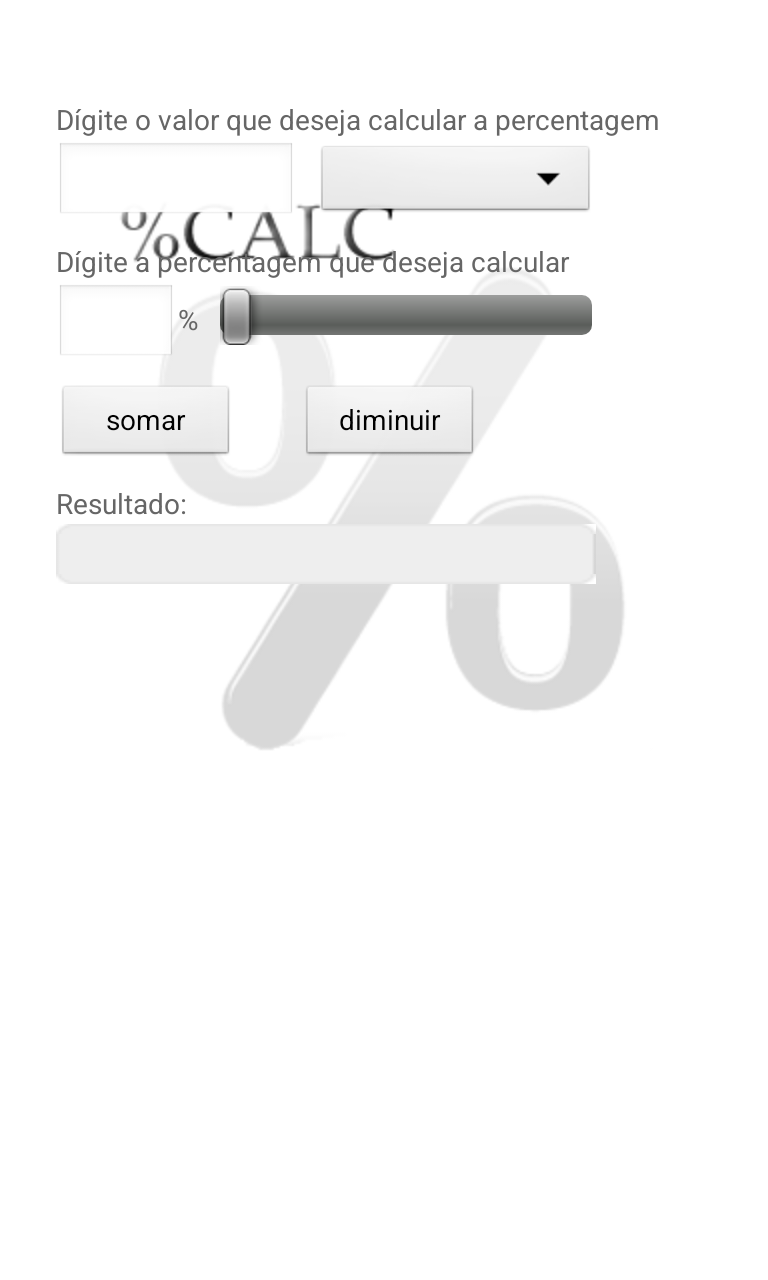
Repository: leoclaro/percentcalc
Layout: CalcularPercentagem/res/layout/main.xml
An editor plug-in stored every save of this project. The layout is shown before and after the next save, followed by the edit.
It is drawn on a 768 x 1280 px phone screen (xhdpi) without system bars, with theme android:Theme; the app's code is not run.

Above is the layout before, as saved 2012-05-10 14:26:24.

### CalcularPercentagem/res/layout/main.xml
<?xml version="1.0" encoding="utf-8"?>
<RelativeLayout xmlns:android="http://schemas.android.com/apk/res/android"
    android:layout_width="fill_parent"
    android:layout_height="fill_parent"
    android:background="@android:color/white" >

    <ImageView
        android:id="@+id/imageViewBG"
        android:layout_width="500dp"
        android:layout_height="500dp"
        android:scaleType="centerInside"
        android:layout_marginTop="5dp"
        android:contentDescription="@string/image_bg"
        android:src="@drawable/bg" />

    <ScrollView
        android:id="@+id/scrollView1"
        android:layout_width="wrap_content"
        android:layout_height="wrap_content"
        android:layout_marginTop="50dp"
        android:layout_marginBottom="10dp" >

        <RelativeLayout xmlns:android="http://schemas.android.com/apk/res/android"
		    android:layout_width="fill_parent"
		    android:layout_height="wrap_content" >

		    <TextView
		        android:id="@+id/textViewValor"
		        android:layout_width="fill_parent"
		        android:layout_height="wrap_content"
		        android:layout_alignParentLeft="true"
		        android:layout_alignParentTop="true"
		        android:layout_marginLeft="28dp"
		        android:text="@string/label_valor"
		        android:textColor="#ff666666" />

		    <EditText
		        android:id="@+id/editTextValor"
		        android:layout_width="120dp"
		        android:layout_height="40dp"
		        android:layout_alignLeft="@+id/textViewValor"
		        android:layout_below="@+id/textViewValor"
		        android:layout_marginTop="2dp"
		        android:ems="10"
		        android:inputType="numberDecimal" />

		    <Spinner
		        android:id="@+id/spinnerParcelas"
		        android:layout_width="140dp"
		        android:layout_height="40dp"
		        android:layout_below="@+id/textViewValor"
		        android:layout_marginLeft="158dp"
		        android:layout_marginTop="2dp"
		        android:prompt="@array/spinner_parcelas" />

		    <TextView
		        android:id="@+id/textViewPercentagem"
		        android:layout_width="fill_parent"
		        android:layout_height="wrap_content"
		        android:layout_alignLeft="@+id/textViewValor"
		        android:layout_below="@+id/editTextValor"
		        android:layout_marginTop="10dp"
		        android:text="@string/label_percentagem"
		        android:textColor="#ff666666" />

		    <EditText
		        android:id="@+id/editTextPercentagem"
		        android:layout_width="60dp"
		        android:layout_height="40dp"
		        android:layout_alignLeft="@+id/textViewValor"
		        android:layout_below="@+id/textViewPercentagem"
		        android:layout_marginTop="2dp"
		        android:ems="6"
		        android:inputType="numberDecimal" />

		    <TextView
		        android:id="@+id/textViewPercentagemSinal"
		        android:layout_width="fill_parent"
		        android:layout_height="wrap_content"
		        android:layout_below="@+id/textViewPercentagem"
		        android:layout_marginLeft="89dp"
		        android:layout_marginTop="10dp"
		        android:text="@string/label_percentagem_sinal"
		        android:textColor="#ff666666" />

		    <SeekBar
		        android:id="@+id/seekBarPercentagem"
		        android:layout_width="186dp"
		        android:layout_height="wrap_content"
		        android:layout_below="@+id/textViewPercentagem"
		        android:layout_marginLeft="110dp"
		        android:layout_marginTop="3dp"
		        android:max="1000" />

		    <Button
		        android:id="@+id/buttonSomar"
		        android:layout_width="90dp"
		        android:layout_height="40dp"
		        android:layout_alignLeft="@+id/textViewValor"
		        android:layout_below="@+id/editTextPercentagem"
		        android:layout_marginTop="10dp"
		        android:text="@string/button_somar" />

		    <Button
		        android:id="@+id/buttonDiminuir"
		        android:layout_width="90dp"
		        android:layout_height="40dp"
		        android:layout_below="@+id/editTextPercentagem"
		        android:layout_marginLeft="150dp"
		        android:layout_marginTop="10dp"
		        android:text="@string/button_diminuir" />

		    <TextView
	            android:id="@+id/textViewLabelResultado"
	            android:layout_width="fill_parent"
	            android:layout_height="wrap_content"
	            android:layout_alignLeft="@+id/textViewValor"
	            android:layout_marginTop="10dp"
	            android:layout_below="@+id/buttonSomar"
	            android:text="@string/label_resultado"
	            android:textColor="#ff666666" />

		    <RelativeLayout
		        android:id="@+id/relativeLayoutBgResultadoTop"
		        android:layout_width="270dp"
		        android:layout_height="5dp"
		        android:layout_below="@+id/textViewLabelResultado"
		        android:layout_marginTop="1dp"
		        android:layout_alignLeft="@+id/textViewValor"
		        android:background="@drawable/bg_resultado_top">
			</RelativeLayout>

		    <RelativeLayout
		        android:id="@+id/relativeLayoutBgResultado"
		        android:layout_width="270dp"
		        android:layout_height="wrap_content"
		        android:layout_alignLeft="@+id/textViewValor"
		        android:layout_below="@+id/relativeLayoutBgResultadoTop"
		        android:background="@drawable/bg_resultado" >

		        <TextView
		            android:id="@+id/textViewResultado"
		            android:layout_width="fill_parent"
		            android:layout_height="wrap_content"
		            android:layout_marginLeft="12dp"
		            android:layout_marginTop="1dp"
		            android:textColor="#ff666666" />

		    </RelativeLayout>

		    <RelativeLayout
		        android:id="@+id/relativeLayoutBgResultadoBottom"
		        android:layout_width="270dp"
		        android:layout_height="5dp"
		        android:layout_below="@+id/relativeLayoutBgResultado"
		        android:layout_alignLeft="@+id/textViewValor"
		        android:background="@drawable/bg_resultado_bottom">
			</RelativeLayout>

        </RelativeLayout>
    </ScrollView>

</RelativeLayout>

### CalcularPercentagem/res/values/strings.xml
<?xml version="1.0" encoding="utf-8"?>
<resources>

    <string name="label_valor">Dígite o valor que deseja calcular a percentagem</string>
    <string name="app_name">Calcular Percentagem</string>
    <string name="label_percentagem">Dígite a percentagem que deseja calcular</string>
    <string name="label_percentagem_sinal">%</string>
    <string name="label_sobre">sobre</string>
    <string name="button_somar">somar</string>
    <string name="button_diminuir">diminuir</string>
    <string name="image_bg">fundo</string>
    <string name="label_resultado">Resultado: </string>
    <string-array name="spinner_parcelas">
        <item>meses</item>
        <item>1</item>
        <item>2</item>
        <item>3</item>
        <item>4</item>
        <item>5</item>
        <item>6</item>
        <item>7</item>
        <item>8</item>
        <item>9</item>
        <item>10</item>
        <item>11</item>
        <item>12</item>
    </string-array>

</resources>

After the next save:
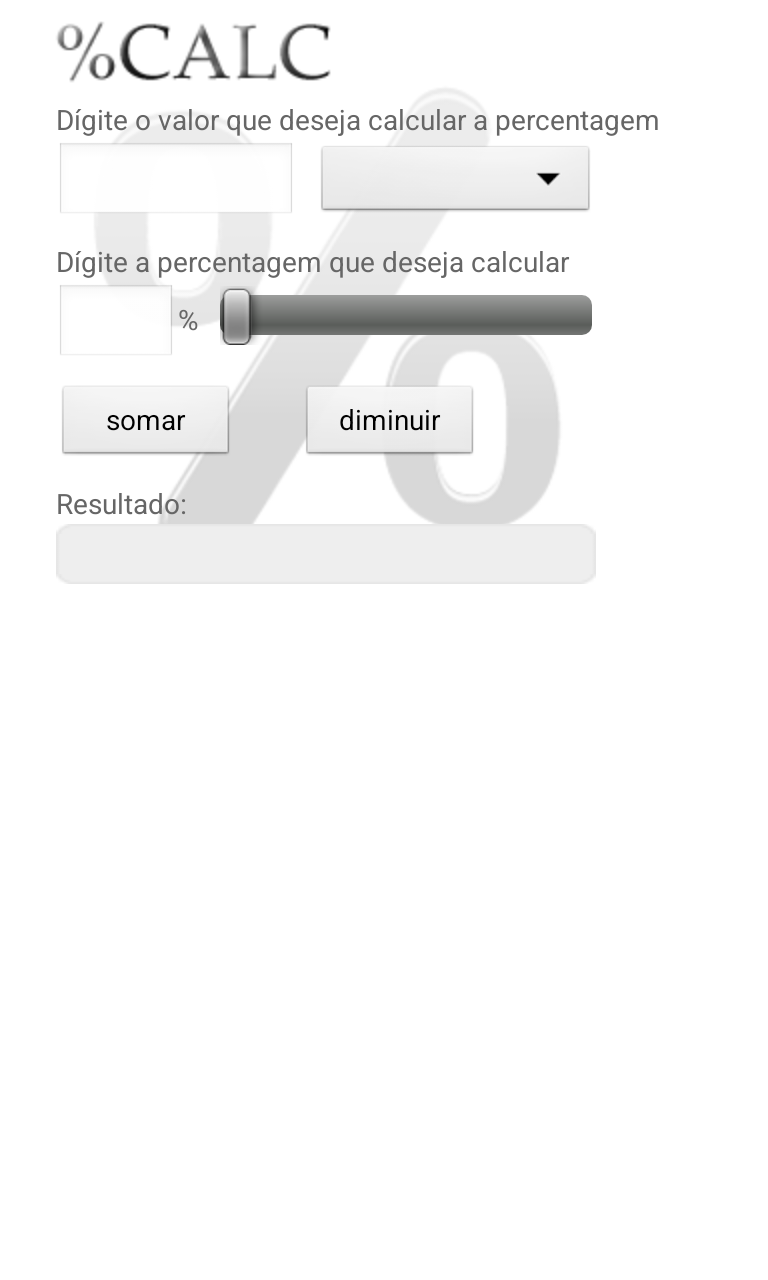
Saved 9 s later.
--- a/CalcularPercentagem/res/layout/main.xml
+++ b/CalcularPercentagem/res/layout/main.xml
@@ -8,7 +8,7 @@
         android:id="@+id/imageViewBG"
         android:layout_width="500dp"
         android:layout_height="500dp"
-        android:scaleType="centerInside"
+        android:scaleType="matrix"
         android:layout_marginTop="5dp"
         android:contentDescription="@string/image_bg"
         android:src="@drawable/bg" />
